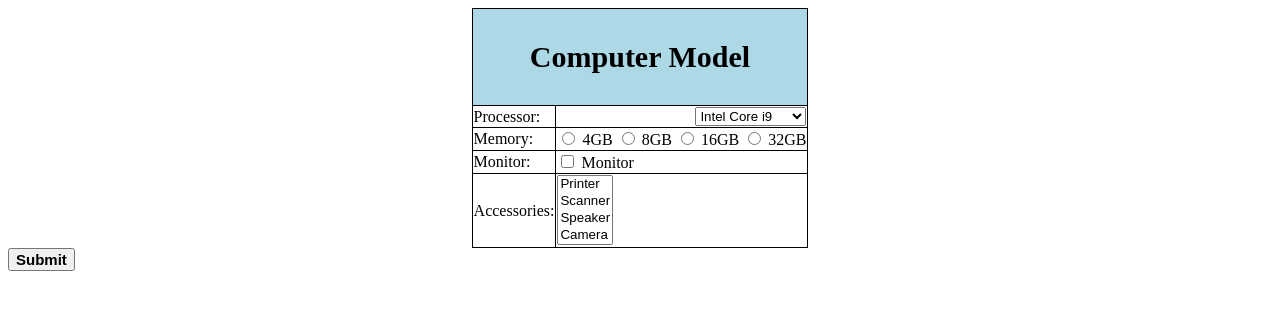
Repository: FatCat0712/JSP
Page: http://localhost/bai_20/computer.jsp
The author's editor kept a copy of each file at every save. The page is drawn from the files as they stood at one save, then again after the next save.
The browser window is 1280 px wide. The pictures show the whole page.
The page is served by Tomcat 9.

Above is the page before, as saved 2024-04-22 12:30:17.

### bai_20/src/main/webapp/computer.jsp
<%@ page language="java" contentType="text/html; charset=UTF-8"
    pageEncoding="UTF-8"%>
<!DOCTYPE html>
<html>
<head>
<meta charset="UTF-8">
<title>Insert title here</title>
<style>
	table,td{
		border: 1px solid black;
		border-collapse: collapse;
	}
</style>
</head>
<body>
	<form action="donHang.jsp">
		<table style="margin-left: auto; margin-right: auto">
			<tr>
				<td colspan="2" style="background-color: lightblue; align-content: center; text-align: center;">
					<p style="font-size: 30px; font-weight: bold;">Computer Model</p>
				</td>
			</tr>
			<tr>
				<td>Processor: </td>
				<td align="right">
					<select name="Processor">
						<option value="corei9">Intel Core i9</option>
						<option value="corei7">Intel Core i7</option>
						<option value="corei5">Intel Core i5</option>
						<option value="corei3">Intel Core i3</option>
						<option value="dualcore">Intel Dual Core</option>
						<option value="pentium">Intel Pentium</option>
					</select>
				</td>
			</tr>
			<tr>
				<td>Memory: </td>
				<td>

						<input type="radio" id="m1" name="memory">
						<label for="m1">4GB</label>

						<input type="radio" id="m2" name="memory">
						<label for="m2">8GB</label>

						<input type="radio" id="m3" name="memory">
						<label for="m3">16GB</label>

						<input type="radio" id="m4" name="memory">
						<label for="m4">32GB</label>


				</td>
			</tr>

			<tr>
				<td>Monitor: </td>
				<td>
					<input type="checkbox" name="monitor" id="monitor"/>
					<label for="monitor">Monitor</label>
				</td>
			</tr>

			<tr>
				<td>
					Accessories:
				</td>
				<td>
					<select name="accessories" multiple="multiple">
						<option value="printer">Printer</option>
						<option value="scanner">Scanner</option>
						<option value="speaker">Speaker</option>
						<option value="camera">Camera</option>


					</select>
				</td>

			</tr>


			<tr></tr>
		</table>
		<input type="submit" value="Submit" style="font-weight: bold; font-size: 15px"/>
	</form>
</body>
</html>

After the next save:
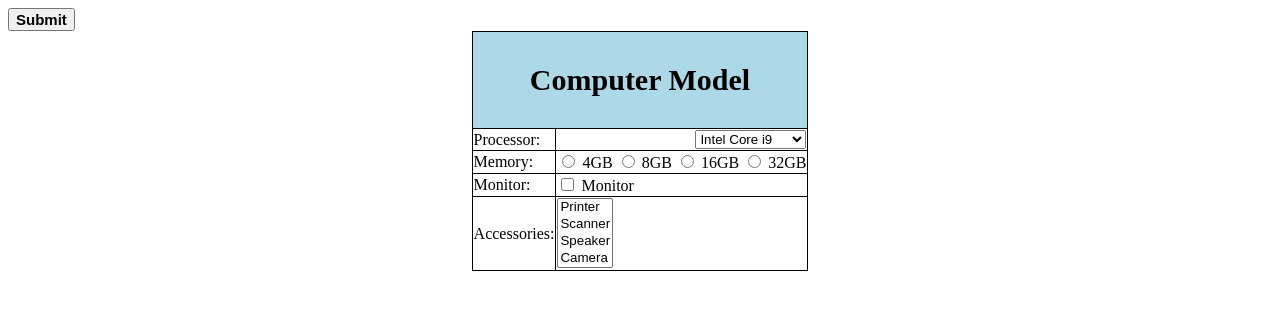
Saved 8 s later.
--- a/bai_20/src/main/webapp/computer.jsp
+++ b/bai_20/src/main/webapp/computer.jsp
@@ -79,9 +79,11 @@
 			</tr>
 
 
-			<tr></tr>
+			<tr>
+				<input type="submit" value="Submit" style="font-weight: bold; font-size: 15px"/>
+			</tr>
 		</table>
-		<input type="submit" value="Submit" style="font-weight: bold; font-size: 15px"/>
+
 	</form>
 </body>
 </html>
